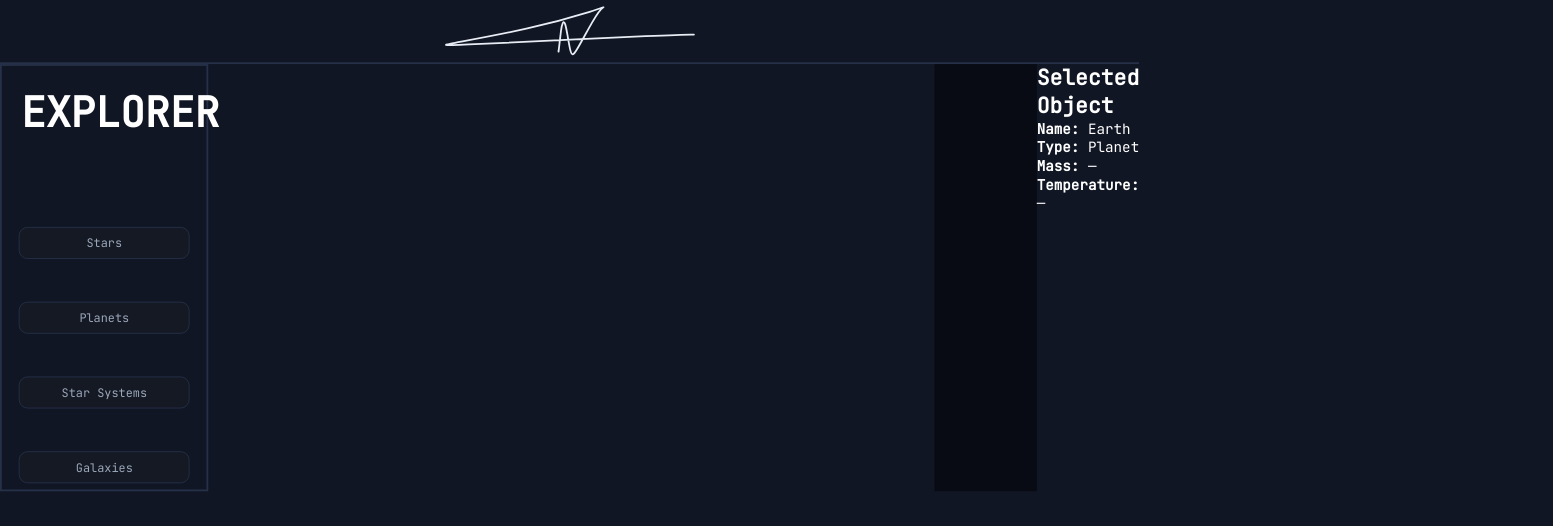
Repository: nico-madruga/Universe
Page: front-end/html/index.html
The author's editor kept a copy of each file at every save. The page is drawn from the files as they stood at one save, then again after the next save.
The browser window is 1280 px wide. The page is 1280 px wide, then 1745 px, so the pictures cover 1745 px, including what lies to the right of the window. The pictures show the whole page, at 89% of full size.

Above is the page before, as saved 2026-09-28 17:45:07.

### front-end/html/index.html
<!DOCTYPE html>
<html lang="en">
<head>
    <meta charset="UTF-8">
    <meta name="viewport" content="width=device-width, initial-scale=1.0">
    <link href='https://fonts.googleapis.com/css?family=JetBrains Mono' rel='stylesheet'>
    <link rel="stylesheet" href="../css/style.css">
    <title>Universe</title>

    <link rel="stylesheet" href="../css/style.css">
</head>

<body>

    <header>
        <img src="/front-end/imgs/Vector 1.svg">
    </header>


    <main class="layout">

        <aside class="sidebar">

            <h2>EXPLORER</h2>

            <nav>
                <button class="standard_button">Stars</button>
                <button class="standard_button">Planets</button>
                <button class="standard_button">Star Systems</button>
                <button class="standard_button">Galaxies</button>
            </nav>

        </aside>


        <section class="content">

            <section class="space">

                <div class="star star-1"></div>
                <div class="star star-2"></div>
                <div class="star star-3"></div>

                <div class="planet"></div>

            </section>


            <section class="object-info">

                <h2>Selected Object</h2>

                <div class="info-grid">

                    <p>
                        <strong>Name:</strong>
                        Earth
                    </p>

                    <p>
                        <strong>Type:</strong>
                        Planet
                    </p>

                    <p>
                        <strong>Mass:</strong>
                        —
                    </p>

                    <p>
                        <strong>Temperature:</strong>
                        —
                    </p>

                </div>

            </section>

        </section>

    </main>

</body>
</html>

### front-end/css/style.css
:root
{
    --background-color: #101624;
    --planet-background-color: #080B14;
    --button-color: #2222224D;
    --button-border-color-hovered: #222222;
    --button-color-hovered: #263149BF;
    --panels-color: #101624;
    --panel-borders-color: #263149;
    --main-text-color: #E8ECF4;
    --secondary-text-color: #9AA6BA;
    --primary-accent-color: #4CC9F0;
    --secondary-accent-color: #8B7CFF;
    --highlight-color: #A9E8FF;
}

*
{
 padding: 0;
 margin: 0;
 color: white;
 font-family: 'JetBrains Mono';
}

header
{
    display: flex;
    padding: 1vh 0;
    background-color: var(--background-color);
    flex-direction: row-reverse;
    justify-content: space-evenly;
    border-bottom: 2px solid var(--panel-borders-color);
}

header input
{
    align-self: center;
    height: 2rem;
}

body
{
    background-color: var(--background-color);
}

.layout
{
    display: flex;
    justify-content: space-between;
}

.layout .sidebar
{
    display: flex;
    flex-direction: column;
    text-align: center;
    width: 18vw;
    height: 66vh;
    border: 2px solid var(--panel-borders-color);
}

.sidebar h2
{
    padding: 3vh;
    font-size: 2.9rem;
    font-style: normal;
}

.sidebar nav
{
    display: flex;
    flex-direction: column;
    gap: 48px;
    padding-top: 4.8rem;
}

.standard_button
{
    align-self: center;
    width: 15vw;
    height: 5vh;
    background-color: var(--button-color);
    border: 1px solid var(--panel-borders-color);
    border-style: solid;
    color: var(--secondary-text-color);
    border-radius: 10px;
}

.standard_button:hover
{
    border: 1px solid var(--button-border-color-hovered);
    background-color: var(--button-color-hovered);
    color: var(--secondary-accent-color)
}

.content
{
    display: flex;
}

.content .space
{
    background-color: var(--planet-background-color);
    width: 100%;
}

.content .object-info
{
    width: 18vw;
}

After the next save:
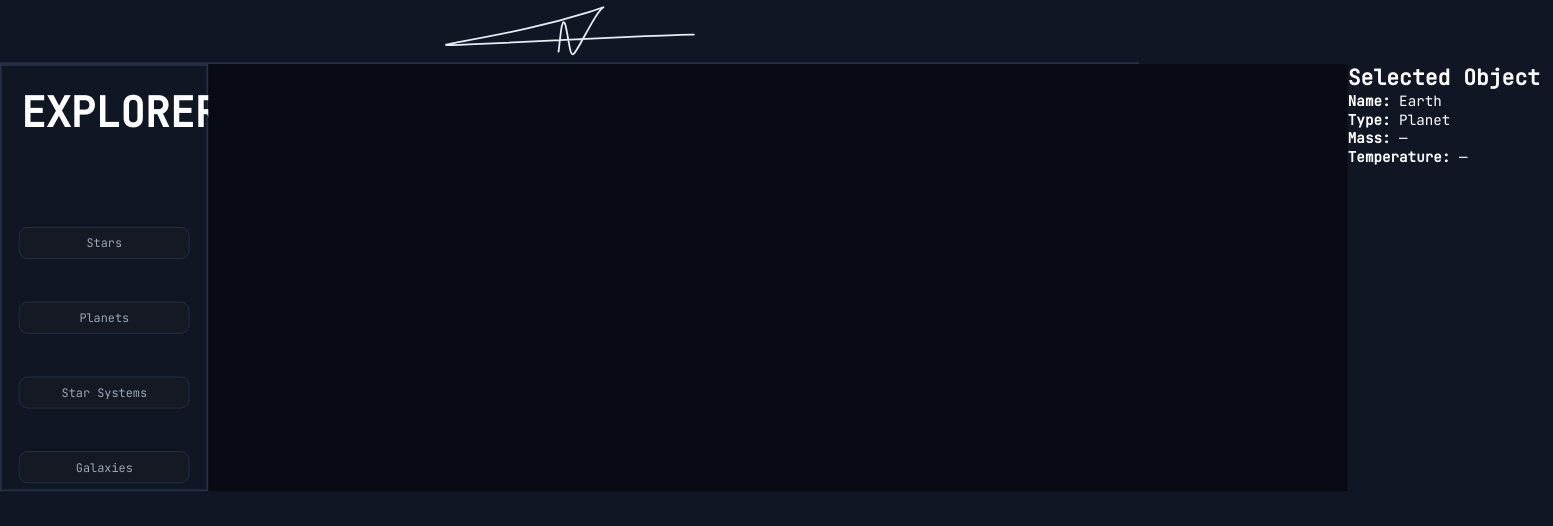
Saved 6 s later.
--- a/front-end/css/style.css
+++ b/front-end/css/style.css
@@ -101,7 +101,7 @@ body
 .content .space
 {
     background-color: var(--planet-background-color);
-    width: 100%;
+    width: 100vw;
 }
 
 .content .object-info
